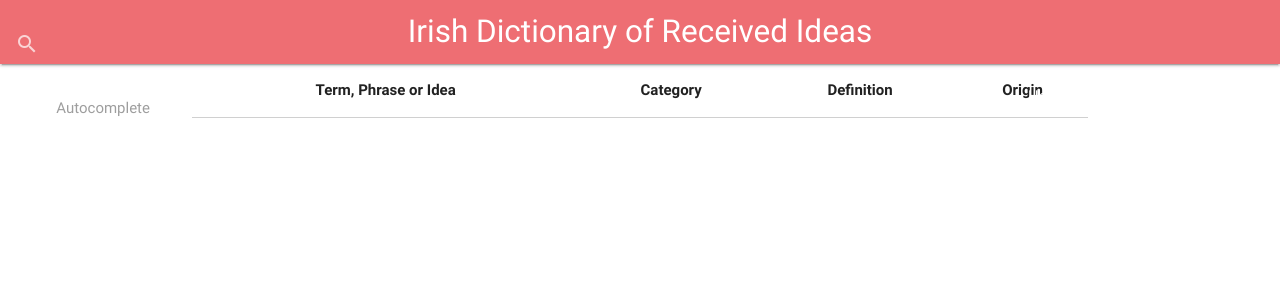
Repository: kalkiboru111/irish-dictionary-of-received-ideas
Page: http://localhost/
The author's editor kept a record of every edit. The page is drawn from the files as they stood at one moment, then again after the next edit.
The browser window is 1280 px wide. The pictures show the whole page.
Some web libraries are served in a nearby version. The page is served by the project's application, run on Flask 3 (app.py). Queries for data that is not in the repository find no rows.

Above is the page before.
Console error: TypeError: $(...).sidenav is not a function

### templates/terms.html

{% extends 'base.html' %}
{% block content %}

    <table class="highlight centered responsive-table">
        <thead>
          <tr>
              <th>Term, Phrase or Idea</th>
              <th>Category</th>
              <th>Definition</th>
              <th>Origin</th>
          </tr>
        </thead>
        <tbody>
        {% for term in terms %}
          <tr>
            <td>{{term.term_name}}</td>
            <td>{{term.category_name}}</td>
            <td>{{term.term_definition}}</td>
            <td>{{term.term_origin}}</td>
            <td><a href="{{url_for('delete_term', term_id=term._id)}}" class="waves-effect waves-light btn btn_small">Passe</a></td>
            <td><a href="{{url_for('edit_term', term_id=term._id)}}" class="waves-effect waves-light btn btn-small">Refine</a></td>
          </tr>
         {% endfor %}
        </tbody>
    </table>

{% endblock %}

### templates/base.html
<!DOCTYPE html>
<html>

<head>
    <link href="https://fonts.googleapis.com/icon?family=Material+Icons" rel="stylesheet">
    <link rel="stylesheet" href="https://cdnjs.cloudflare.com/ajax/libs/materialize/0.100.2/css/materialize.min.css">
    <link rel="stylesheet" href="{{url_for('static', filename='css/style.css')}}" type="text/css" />
    <script src="https://kit.fontawesome.com/845efe5847.js"></script>
</head>

<body>
    <header>
        <nav>
            <div class="nav-wrapper">
                <ul>
                    <li><a href="{{url_for('get_terms')}}" class="brand-logo center">Irish Dictionary of Received Ideas</a></li>
                </ul>
                <form>
                    <div class="input-field">
                        <input id="search" type="search" required>
                        <label for="search"><i class="material-icons">search</i></label>
                        <i class="material-icons icon-close">close</i>
                    </div>
                </form>

                            <div class="input-field col s12">
                                <i class="material-icons prefix">textsms</i>
                                <input type="text" id="autocomplete-input" class="autocomplete">
                                <label for="autocomplete-input">Autocomplete</label>




                <ul id="main-menu" class="right">
                    <li><a href="{{url_for('get_terms')}}">Home</a></li>
                    <li><a href="{{url_for('add_term')}}">Add Term</a></li>
                    <li><a href="{{url_for('get_categories')}}">Categories</a></li>
                </ul>
            </div>
        </nav>
    </header>
    <div class="container">
        {% block content %} {% endblock %}
    </div>
    <script src="https://cdnjs.cloudflare.com/ajax/libs/jquery/3.2.1/jquery.min.js"></script>
    <script src="https://cdnjs.cloudflare.com/ajax/libs/materialize/0.100.2/js/materialize.min.js"></script>
    <script type="text/javascript">
        $(document).ready(function() {
            $('select').material_select();
            $('.sidenav').sidenav();
        });
    </script>

</body>

</html>

### app.py
import os
from flask import Flask, render_template, redirect, request, url_for
from flask_pymongo import PyMongo
from bson.objectid import ObjectId

app = Flask(__name__)

app.config['MONGO_DBNAME'] = 'irish_dictionary'
app.config["MONGO_URI"] = os.getenv("MONGO_URI")

mongo = PyMongo(app)

@app.route('/')

# View directs user to terms page
@app.route('/get_terms')
def get_terms():
    return render_template("terms.html",
    terms=mongo.db.terms.find())


@app.route('/add_term')
def add_term():
    return render_template("add_term.html",
    categories=mongo.db.categories.find())

@app.route('/insert_term', methods=['POST'])
def insert_term():
    terms = mongo.db.terms
    terms.insert_one(request.form.to_dict())
    return redirect(url_for('get_terms'))

@app.route('/edit_term/<term_id>')
def edit_term(term_id):
    the_term =  mongo.db.terms.find_one({"_id": ObjectId(term_id)})
    all_categories =  mongo.db.categories.find()


    print(mongo.db)
    return render_template('edit_term.html', term=the_term,
                           categories=all_categories)


@app.route('/update_term/<term_id>', methods=['POST'])
def update_term(term_id):
    terms = mongo.db.terms
    terms.update( {"_id": ObjectId(term_id)},
    {   'term_name':request.form.get('term_name'),
        'category_name':request.form.get('category_name'),
        'term_definition': request.form.get('term_definition'),
        'term_origin':request.form.get('term_origin')
    })
    return redirect(url_for('get_terms'))

@app.route('/delete_term/<term_id>')
def delete_term(term_id):
    mongo.db.terms.remove({"_id": ObjectId(term_id)})
    return redirect(url_for('get_terms'))

@app.route('/get_categories')
def get_categories():
    return render_template("categories.html",
    categories=mongo.db.categories.find())

@app.route('/edit_category/<category_id>')
def edit_category(category_id):
    return render_template('editcategory.html',
    category=mongo.db.categories.find_one(
    {'_id': ObjectId(category_id)}))

@app.route('/update_category/<category_id>', methods=['POST'])
def update_category(category_id):
    mongo.db.categories.update(
        {'_id': ObjectId(category_id)},
        {'category_name': request.form.get('category_name')})
    return redirect(url_for('get_categories'))

@app.route('/delete__category/<category_id>')
def delete_category(category_id):
    mongo.db.categories.remove(
        {'_id': ObjectId(category_id)})
    return redirect(url_for('get_categories'))

@app.route('/insert_category', methods=['POST'])
def insert_category():
    category_doc = {'category_name': request.form.get('category_name')},
    mongo.db.categories.insert_one(category_doc)
    return redirect(url_for('get_categories'))

@app.route('/add_category')
def add_category():
    return render_template('addcategory.html')

@app.route('/search/<search_text>')
def search(search_text):
    results = mongo.db.terms.find({'definition':{'$regex':'.*' + search_text + '.*'}})
    return render_template('search.html', results=results)

if __name__ == '__main__':
    app.run(host=os.environ.get('IP'),
            port=int(os.environ.get('PORT')),
            debug=True)

### static/css/style.css
/* body {
    background-color: red;
} */



#main-menu {position:absolute; right:0; top : 0;}

.brand-logo {position:absolute; z-index: 9;}

After the next edit:
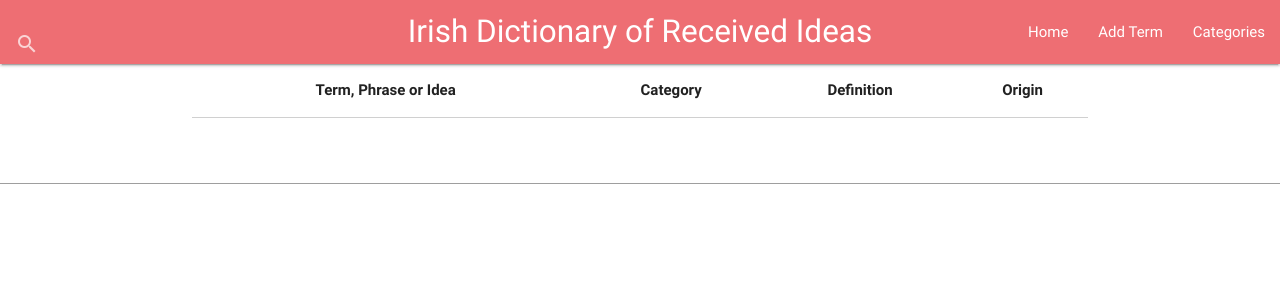
The edit:
--- a/templates/base.html
+++ b/templates/base.html
@@ -23,10 +23,10 @@
                     </div>
                 </form>
 
-                            <div class="input-field col s12">
-                                <i class="material-icons prefix">textsms</i>
-                                <input type="text" id="autocomplete-input" class="autocomplete">
-                                <label for="autocomplete-input">Autocomplete</label>
+
+                <i class="material-icons prefix">textsms</i>
+                <input type="text" id="autocomplete-input" class="autocomplete">
+
 
 
 
